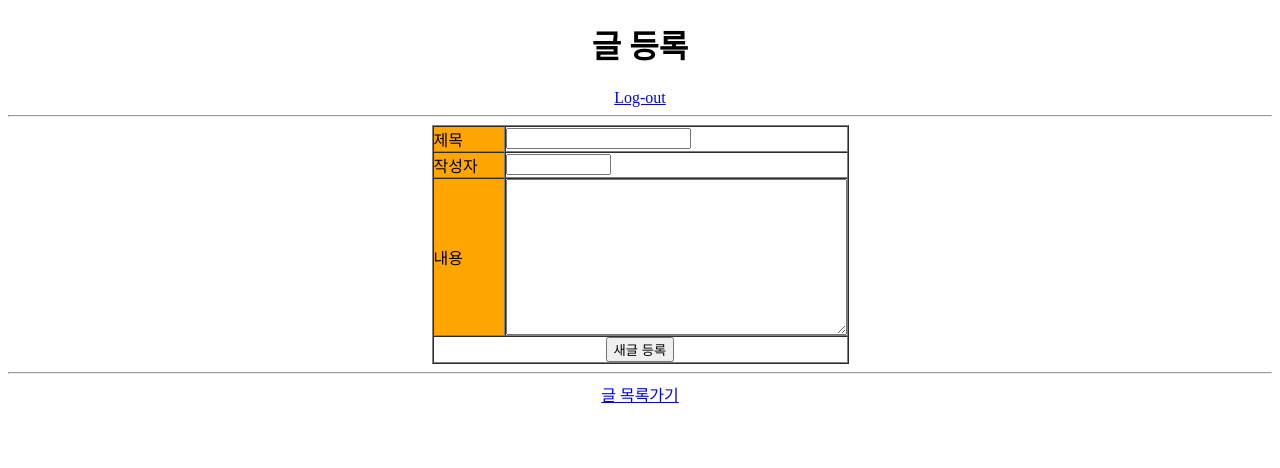
Repository: eunbi99/Spring_Study
Page: http://localhost/BoardWeb/insertBoard.jsp
The author's editor kept a copy of each file at every save. The page is drawn from the files as they stood at one save, then again after the next save.
The browser window is 1280 px wide. The pictures show the whole page.
The page is served by Tomcat 9. Nobody is signed in. The application's start-up code is not run. Other server files are loaded and not shown.

Above is the page before, as saved 2021-06-09 02:04:25.

### BoardWeb/src/main/webapp/insertBoard.jsp
<%@page contentType="text/html; charset=EUC-KR" %>

<!DOCTYPE html PUBLIC "-//W3C//DTD HTML 4.01 Transitional//EN"
						"http://www.w3.org/TR/html4/loose.dtd">
<html>
<head>
<title>글 등록</title>
</head>
<body>
<center>
	<h1>글 등록</h1>
<a href="logout.do">Log-out</a>
<hr>
<form action="insertBoard.do" method="post" enctype="multipart/form-data">

<table border="1" cellpadding="0" cellspacing="0" >
            <tr>
               <td bgcolor="orange" width="70">제목</td><td align="left">
               <input type="text" name="title"/></td>
            </tr>
            <tr>
               <td bgcolor="orange">작성자</td><td align="left">
               <input type="text" name="writer" size="10"/></td>
            </tr>
            <tr>
               <td bgcolor="orange">내용</td><td align="left">
               <textarea name="content" cols="40" rows="10"></textarea></td>
            </tr>
            <tr>
               <td colspan="2" align="center">
               <input type="submit" value="새글 등록"/></td>
            </tr>

         </table>
      </form>
      <hr>
      <a href="getBoardList.jsp">글 목록가기</a>
   </center>
</body>
</html>

After the next save:
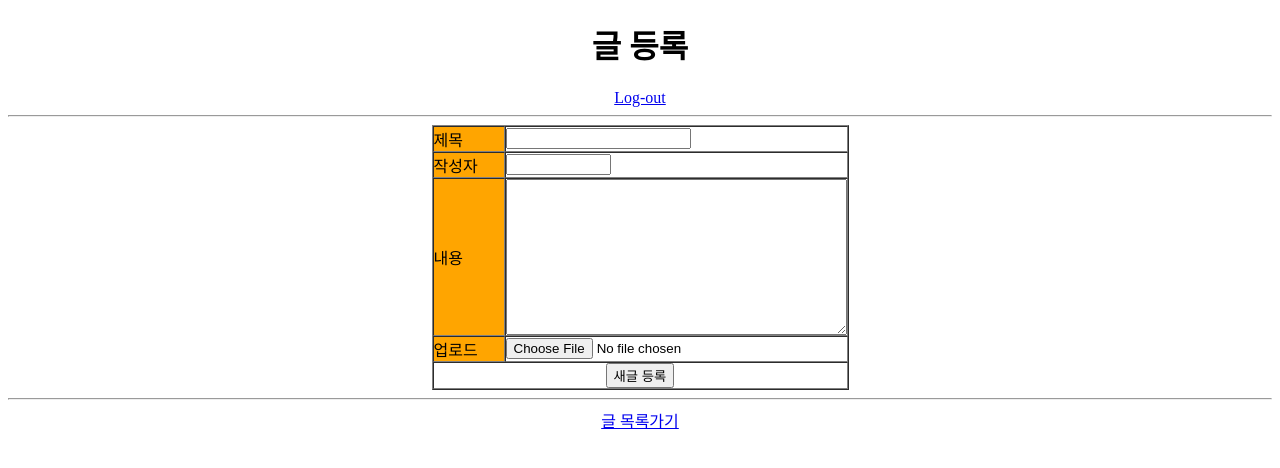
Saved 68 s later.
--- a/BoardWeb/src/main/webapp/insertBoard.jsp
+++ b/BoardWeb/src/main/webapp/insertBoard.jsp
@@ -27,6 +27,11 @@
                <textarea name="content" cols="40" rows="10"></textarea></td>
             </tr>
             <tr>
+            	<td bgcolor="orange" width="70">업로드</td><td align="left">
+            	<input type="file" name="uploadFile"/></td>
+            </tr>
+
+            <tr>
                <td colspan="2" align="center">
                <input type="submit" value="새글 등록"/></td>
             </tr>
